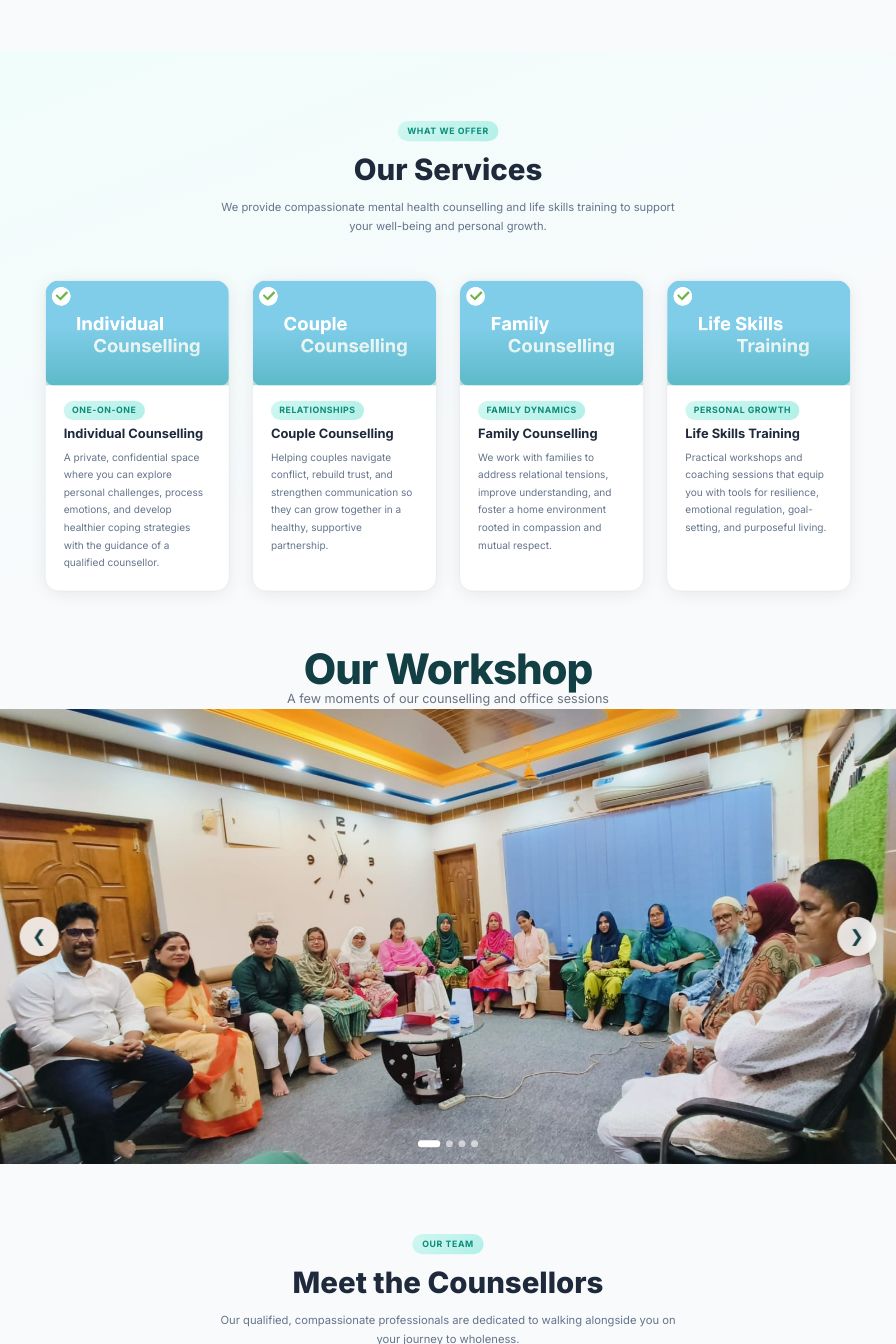
Repository: Tan47s/Lifelogo
Page: /
An editor plug-in stored every save of this project. The page is shown before and after the next save, followed by the edit.
The browser window is 1280 px wide. The pictures show the part of the page from y = 1287 to 3207 px (the page is 6296 px tall), at 70% of full size.
The project was rebuilt for these pictures with package versions that can differ from the ones it lists, and the page was loaded fresh each time. Also part of the build but not shown: vite.config.js.

Above is the page before, as saved 2026-08-24 11:35:54.

### index.html
<!doctype html>
<html lang="en">
  <head>
    <meta charset="UTF-8" />
    <link rel="icon" type="image/svg+xml" href="/favicon.svg" />
    <meta name="viewport" content="width=device-width, initial-scale=1.0" />
    <title>Life-Logo | Mental Health Counselling &amp; Life Skills</title>
    <meta name="description" content="Life-Logo Mental Health Support &amp; Life Skills Training Unit — professional counselling, resilience coaching, and compassionate support to help you find meaning, hope, and purpose." />
    <meta property="og:title" content="Life-Logo | Mental Health Counselling &amp; Life Skills" />
    <meta property="og:description" content="Professional counselling and life skills training to support your well-being and personal growth." />
    <meta property="og:type" content="website" />
  </head>
  <body>
    <div id="root"></div>
    <script type="module" src="/src/main.jsx"></script>
  </body>
</html>

### src/main.jsx
import { StrictMode } from 'react'
import { createRoot } from 'react-dom/client'

import { App } from './App.jsx'


createRoot(document.getElementById('root')).render(
  <StrictMode>
    <App />
  </StrictMode>,
)

### src/App.jsx
import React from 'react'
import { Header } from './comp/Header'
import { Herocon } from './comp/Herocon'
import { Contents2 } from './comp/Contents2'
import { Service2 } from './comp/Service2'
import { Counsellors } from './comp/Counsellors'
import { Contact } from './comp/Contact'
import { Footer } from './comp/Footer'
import Workshop from './comp/Workshop'
export const App = () => {
  return (
    <div>
      <Header/>
      <Herocon/>
      <Contents2/>
      <Service2/>
      <Workshop/>
      <Counsellors/>
      <Contact/>
      <Footer/>
    </div>
  )
}

### src/comp/Herocon.jsx
import './herocon.css'
import Hero from '../assets/hero3.jpg'
import bg from '../assets/workshop/bg.png'
const stats = [
  { value: '500+', label: 'Lives Impacted' },
  { value: '15+', label: 'Years Experience' },
  { value: '6',   label: 'Specialists' },
]

export const Herocon = () => {
  const scrollTo = (id) => {
    const el = document.getElementById(id)
    if (el) el.scrollIntoView({ behavior: 'smooth' })
  }

  return (
    <section
      id="home"
      className="hero-section"
      style={{ backgroundImage: `url(${bg})` }}
    >
      {/* layered overlay */}
      <div className="hero-overlay" />

      <div className="hero-content">
        {/* eyebrow badge */}
        <span className="hero-badge">Mental Health &amp; Life Skills</span>

        {/* quote */}
        <p className="hero-quote">
          &ldquo;Doctors Dress The Wound, God Heals It.&rdquo;
        </p>

        {/* headline */}
        <h1 className="hero-headline">
          Well-Being Requires<br />
          <span className="hero-headline-accent">a Safe Space to Heal</span>
        </h1>

        {/* sub-text */}
        <p className="hero-sub">
          Mental health is the foundation of a healthy life. Through compassion,
          professional support, and faith, we help you find hope, build
          resilience, and take meaningful steps toward lasting well-being.
        </p>

        {/* CTAs */}
        <div className="hero-ctas">
          <button
            id="hero-contact-btn"
            className="hero-btn hero-btn--primary"
            onClick={() => scrollTo('contact')}
          >
            Contact Us
          </button>
          <button
            id="hero-services-btn"
            className="hero-btn hero-btn--ghost"
            onClick={() => scrollTo('services')}
          >
            Our Services
          </button>
        </div>

        {/* Stats strip */}
        <div className="hero-stats">
          {stats.map((s, i) => (
            <div className="hero-stat" key={i}>
              <span className="hero-stat-value">{s.value}</span>
              <span className="hero-stat-label">{s.label}</span>
            </div>
          ))}
        </div>
      </div>
    </section>
  )
}

### src/comp/Service2.jsx
import React from 'react'
import ser1 from '../assets/ser1.png'
import ser2 from '../assets/ser2.png'
import ser3 from '../assets/ser3.png'
import ser4 from '../assets/ser4.png'
import './Service2.css'

const services = [
  {
    img: ser1,
    title: 'Individual Counselling',
    tag: 'One-on-One',
    desc: 'A private, confidential space where you can explore personal challenges, process emotions, and develop healthier coping strategies with the guidance of a qualified counsellor.',
  },
  {
    img: ser2,
    title: 'Couple Counselling',
    tag: 'Relationships',
    desc: 'Helping couples navigate conflict, rebuild trust, and strengthen communication so they can grow together in a healthy, supportive partnership.',
  },
  {
    img: ser3,
    title: 'Family Counselling',
    tag: 'Family Dynamics',
    desc: 'We work with families to address relational tensions, improve understanding, and foster a home environment rooted in compassion and mutual respect.',
  },
  {
    img: ser4,
    title: 'Life Skills Training',
    tag: 'Personal Growth',
    desc: 'Practical workshops and coaching sessions that equip you with tools for resilience, emotional regulation, goal-setting, and purposeful living.',
  },
]

export const Service2 = () => {
  return (
    <section id="services" className="services-section">
      {/* Section Header */}
      <div className="services-header">
        <span className="section-badge">What We Offer</span>
        <h2>Our Services</h2>
        <p className="services-subtitle">
          We provide compassionate mental health counselling and life skills
          training to support your well-being and personal growth.
        </p>
      </div>

      {/* Cards Grid */}
      <div className="services-grid">
        {services.map((s, i) => (
          <div className="service-card" key={i}>
            <div className="service-img-wrap">
              <img src={s.img} alt={s.title} className="service-img" />
              <div className="service-img-overlay" />
            </div>
            <div className="service-info">
              <span className="service-tag">{s.tag}</span>
              <h3>{s.title}</h3>
              <p>{s.desc}</p>
            </div>
          </div>
        ))}
      </div>
    </section>
  )
}

### src/comp/Footer.jsx
import React from 'react'
import './Footer.css'
import logo from '../assets/logo.png'

export const Footer = () => {
  const year = new Date().getFullYear()

  const scrollTo = (id) => {
    const el = document.getElementById(id)
    if (el) el.scrollIntoView({ behavior: 'smooth' })
  }

  return (
    <footer className="footer">
      <div className="footer-inner">

        {/* Brand Column */}
        <div className="footer-brand">
          <div className="footer-logo-row">
            <img src={logo} alt="Life-Logo" className="footer-logo" />
            <span className="footer-name">Life-Logo</span>
          </div>
          <p className="footer-tagline">
            Mental Health Support &amp; Life Skills Training Unit — helping
            people discover meaning, hope, and purpose.
          </p>
        </div>

        {/* Quick Links */}
        <div className="footer-col">
          <h4>Quick Links</h4>
          <ul>
            {[
              { label: 'Home',        id: 'home' },
              { label: 'Our Story',   id: 'story' },
              { label: 'Services',    id: 'services' },
              { label: 'Our Team',    id: 'team' },
              { label: 'Contact',     id: 'contact' },
            ].map((l) => (
              <li key={l.id}>
                <button onClick={() => scrollTo(l.id)} className="footer-link">
                  {l.label}
                </button>
              </li>
            ))}
          </ul>
        </div>

        {/* Contact Column */}
        <div className="footer-col">
          <h4>Contact</h4>
          <ul className="footer-contact-list">
            <li>
              <span className="fc-icon">📍</span>
              House-19, Road-14, Sector-13, Uttara, Dhaka-1230, Bangladesh.
            </li>
            <li>
              <span className="fc-icon">📞</span>
              <a href="tel:+8801616190907">+8801616190907</a>
            </li>
            <li>
              <span className="fc-icon">✉️</span>
              <a href="mailto:lifelogo111@gmail.com">lifelogo111@gmail.com</a>
            </li>
            <li>
              <span className="fc-icon">💬</span>
              <a href="https://wa.me/233244567890" target="_blank" rel="noopener noreferrer">
                WhatsApp Us
              </a>
            </li>
          </ul>
        </div>

      </div>

      {/* Bottom Bar */}
      <div className="footer-bottom">
        <p>&copy; {year} Life-Logo Mental Health &amp; Life Skills. All rights reserved.</p>
        <p className="footer-note">Built with compassion 💚</p>
      </div>
    </footer>
  )
}

### src/comp/Workshop.jsx
import { useState } from "react";
import w1 from "../assets/workshop/w1.jpeg";
import w2 from "../assets/workshop/w2.jpeg";
import w3 from "../assets/workshop/w3.jpeg";
import w4 from "../assets/workshop/w4.jpeg";
import w5 from "../assets/workshop/w5.jpeg";

const images = [w1, w2, w3,  w5];

export default function Workshop() {
  const [current, setCurrent] = useState(0);

  const nextSlide = () => {
    setCurrent((prev) => (prev + 1) % images.length);
  };

  const prevSlide = () => {
    setCurrent((prev) => (prev - 1 + images.length) % images.length);
  };

  return (
    <section className="w-full bg-[#F8FAFC] py-16 md:py-20">

      {/* Heading */}
      <div className="mb-10 w-full px-5 text-center">
        <h1 className="mx-auto w-full text-center text-4xl font-bold tracking-tight text-[#123f43] md:text-5xl lg:text-6xl">
          Our Workshop
        </h1>

        <p className="mx-auto mt-4 w-full text-center text-base text-gray-500 md:text-lg">
          A few moments of our counselling and office sessions
        </p>
      </div>

      {/* Carousel */}
      <div className="relative w-full overflow-hidden">

        {/* Image */}
        <div className="h-[350px] w-full sm:h-[450px] md:h-[550px] lg:h-[650px]">
          <img
            src={images[current]}
            alt={`Workshop session ${current + 1}`}
            className="h-full w-full object-cover"
          />
        </div>

        {/* Previous Button */}
        <button
          onClick={prevSlide}
          aria-label="Previous image"
          className="absolute left-4 top-1/2 flex h-11 w-11
                     -translate-y-1/2 items-center justify-center
                     rounded-full bg-white/85 text-2xl
                     text-[#123f43] shadow-lg backdrop-blur-sm
                     transition hover:scale-110 hover:bg-white
                     md:left-7 md:h-14 md:w-14"
        >
          &#10094;
        </button>

        {/* Next Button */}
        <button
          onClick={nextSlide}
          aria-label="Next image"
          className="absolute right-4 top-1/2 flex h-11 w-11
                     -translate-y-1/2 items-center justify-center
                     rounded-full bg-white/85 text-2xl
                     text-[#123f43] shadow-lg backdrop-blur-sm
                     transition hover:scale-110 hover:bg-white
                     md:right-7 md:h-14 md:w-14"
        >
          &#10095;
        </button>

        {/* Dots */}
        <div className="absolute bottom-6 left-1/2 flex -translate-x-1/2 gap-2">
          {images.map((_, index) => (
            <button
              key={index}
              onClick={() => setCurrent(index)}
              aria-label={`Go to slide ${index + 1}`}
              className={`h-2.5 rounded-full transition-all duration-300 ${
                current === index
                  ? "w-8 bg-white"
                  : "w-2.5 bg-white/60 hover:bg-white/90"
              }`}
            />
          ))}
        </div>
      </div>
    </section>
  );
}

### src/Index.css

@import url('https://fonts.googleapis.com/css2?family=Inter:wght@100..900&display=swap');

:root {
  /* Brand */
  --primary: #6de1fb;        /* Teal from header */
  --primary-light: #02ff78;


  /* Logo greens */
  --green: #22C55E;
  --green-light: #DCFCE7;

  /* Blue accent */
  --blue: #38BDF8;
  --blue-light: #E0F2FE;

  /* Backgrounds */
  --background: #F8FAFC;
  --surface: #FFFFFF;

  /* Text */
  --text: #1E293B;
  --text-muted: #64748B;

  /* Borders */
  --border: #E2E8F0;
}

* {
  margin: 0;
  padding: 0;
  box-sizing: border-box;
  font-family: "Inter", sans-serif;
}

h1{
    font-weight: 800;
}

p{
    font-weight: 400;
}

### src/comp/Contents2.css
/* ============================================================
   OUR STORY SECTION
   ============================================================ */

.story-section {
  padding: 100px 5% 80px;
  background: var(--background);   /* #F8FAFC — same as Counsellors */
}

/* ---- Two-column inner wrapper ---- */
.story-inner {
  display: grid;
  grid-template-columns: 1fr 1fr;
  gap: 72px;
  max-width: 1200px;
  margin: 0 auto;
  align-items: start;
}

/* ========== LEFT: text column ========== */
.story-text {
  display: flex;
  flex-direction: column;
  gap: 20px;
}

.story-text h2 {
  font-size: clamp(26px, 3.5vw, 40px);
  font-weight: 800;
  color: var(--text);
  line-height: 1.18;
  margin: 0;
}

.story-lead {
  font-size: 1.05rem;
  color: var(--text);
  font-weight: 500;
  line-height: 1.75;
  margin: 0;
}

.story-body {
  font-size: 0.95rem;
  color: var(--text-muted);
  line-height: 1.8;
  margin: 0;
}

/* ========== RIGHT: pillars column ========== */
.story-pillars {
  display: flex;
  flex-direction: column;
  gap: 20px;
}

/* ---- Single pillar card ---- */
.story-pillar {
  display: flex;
  align-items: flex-start;
  gap: 18px;
  background: var(--surface);
  border: 1px solid var(--border);
  border-radius: 18px;
  padding: 24px 22px;
  box-shadow: 0 2px 16px rgba(0, 0, 0, 0.05);
  transition: transform 0.25s ease, box-shadow 0.25s ease;
}

.story-pillar:hover {
  transform: translateY(-4px);
  box-shadow: 0 8px 32px rgba(109, 225, 251, 0.18);
}

/* ---- Icon bubble ---- */
.pillar-icon {
  flex-shrink: 0;
  width: 48px;
  height: 48px;
  border-radius: 14px;
  background: linear-gradient(135deg, #d0f7f1, #b2f0e8);
  display: flex;
  align-items: center;
  justify-content: center;
  color: #0d8c7a;
}

.pillar-icon svg {
  width: 22px;
  height: 22px;
}

/* ---- Pillar text ---- */
.pillar-body {
  display: flex;
  flex-direction: column;
  gap: 5px;
}

.pillar-body h4 {
  font-size: 1rem;
  font-weight: 700;
  color: var(--text);
  margin: 0;
}

.pillar-body p {
  font-size: 0.88rem;
  color: var(--text-muted);
  line-height: 1.65;
  margin: 0;
}

/* ---- Responsive ---- */
@media (max-width: 860px) {
  .story-inner {
    grid-template-columns: 1fr;
    gap: 48px;
  }
}

@media (max-width: 640px) {
  .story-section {
    padding: 70px 5% 60px;
  }
}

### src/comp/Service2.css
/* ============================================================
   SERVICES SECTION  —  mirrors Counsellors card style
   ============================================================ */

.services-section {
  padding: 100px 5% 80px;
  background: linear-gradient(160deg, #f0fdfb 0%, #f8fafc 60%);
}

/* --- Header --- */
.services-header {
  text-align: center;
  max-width: 660px;
  margin: 0 auto 64px;
}

.services-header h2 {
  font-size: clamp(28px, 4vw, 42px);
  font-weight: 800;
  color: var(--text);
  margin-bottom: 16px;
  line-height: 1.15;
}

.services-subtitle {
  font-size: 1rem;
  color: var(--text-muted);
  line-height: 1.7;
}

/* --- Grid --- */
.services-grid {
  display: grid;
  grid-template-columns: repeat(auto-fit, minmax(260px, 1fr));
  gap: 32px;
  max-width: 1200px;
  margin: 0 auto;
}

/* --- Card --- */
.service-card {
  background: var(--surface);
  border-radius: 20px;
  overflow: hidden;
  box-shadow: 0 4px 24px rgba(0, 0, 0, 0.07);
  border: 1px solid var(--border);
  transition: transform 0.3s ease, box-shadow 0.3s ease;
}

.service-card:hover {
  transform: translateY(-8px);
  box-shadow: 0 12px 40px rgba(109, 225, 251, 0.25);
}

/* --- Image wrapper --- */
.service-img-wrap {
  position: relative;
  width: 100%;
  height: 150px;
  overflow: hidden;
}

.service-img {
  width: 100%;
  height: 100%;
  object-fit: cover;
  object-position: center;
  transition: transform 0.4s ease;
}

.service-card:hover .service-img {
  transform: scale(1.05);
}

.service-img-overlay {
  position: absolute;
  inset: 0;
  background: linear-gradient(to top, rgba(13, 140, 122, 0.3) 0%, transparent 55%);
  pointer-events: none;
}

/* --- Info block --- */
.service-info {
  padding: 22px 26px 28px;
  display: flex;
  flex-direction: column;
  gap: 8px;
}

.service-tag {
  display: inline-block;
  background: linear-gradient(135deg, #d0f7f1, #b2f0e8);
  color: #0d8c7a;
  font-size: 0.78rem;
  font-weight: 700;
  letter-spacing: 0.06em;
  text-transform: uppercase;
  padding: 4px 12px;
  border-radius: 999px;
  align-self: flex-start;
}

.service-info h3 {
  font-size: 1.15rem;
  font-weight: 700;
  color: var(--text);
  margin: 0;
  line-height: 1.3;
}

.service-info p {
  font-size: 0.9rem;
  color: var(--text-muted);
  line-height: 1.75;
  margin: 0;
}

/* --- Responsive --- */
@media (max-width: 640px) {
  .services-section {
    padding: 70px 5% 60px;
  }

  .services-grid {
    grid-template-columns: 1fr;
  }
}

### src/comp/Footer.css
/* ============================================================
   FOOTER
   ============================================================ */

.footer {
  background: linear-gradient(135deg, #0f2027, #203a43, #2c5364);
  color: rgba(255, 255, 255, 0.85);
  padding-top: 64px;
}

.footer-inner {
  max-width: 1100px;
  margin: 0 auto;
  padding: 0 5% 48px;
  display: grid;
  grid-template-columns: 1.6fr 1fr 1.2fr;
  gap: 48px;
}

/* --- Brand Column --- */
.footer-brand {}

.footer-logo-row {
  display: flex;
  align-items: center;
  gap: 12px;
  margin-bottom: 16px;
}

.footer-logo {
  width: 44px;
  height: 44px;
  object-fit: contain;
  border-radius: 10px;
  background: white;
  padding: 3px;
}

.footer-name {
  font-size: 1.3rem;
  font-weight: 800;
  color: var(--primary);
  letter-spacing: -0.02em;
}

.footer-tagline {
  font-size: 0.9rem;
  line-height: 1.7;
  color: rgba(255, 255, 255, 0.6);
  max-width: 300px;
}

/* --- Columns --- */
.footer-col h4 {
  font-size: 0.8rem;
  font-weight: 700;
  letter-spacing: 0.1em;
  text-transform: uppercase;
  color: var(--primary);
  margin-bottom: 18px;
}

.footer-col ul {
  list-style: none;
  padding: 0;
  margin: 0;
  display: flex;
  flex-direction: column;
  gap: 10px;
}

/* Quick links */
.footer-link {
  background: none;
  border: none;
  padding: 0;
  cursor: pointer;
  font-size: 0.9rem;
  color: rgba(255, 255, 255, 0.7);
  text-align: left;
  transition: color 0.2s ease;
  font-family: inherit;
}

.footer-link:hover {
  color: var(--primary);
}

/* Contact list */
.footer-contact-list li {
  display: flex;
  align-items: flex-start;
  gap: 10px;
  font-size: 0.88rem;
  color: rgba(255, 255, 255, 0.7);
  line-height: 1.55;
}

.footer-contact-list a {
  color: rgba(255, 255, 255, 0.7);
  text-decoration: none;
  transition: color 0.2s ease;
}

.footer-contact-list a:hover {
  color: var(--primary);
}

.fc-icon {
  flex-shrink: 0;
  font-size: 1rem;
  margin-top: 1px;
}

/* --- Bottom Bar --- */
.footer-bottom {
  border-top: 1px solid rgba(255, 255, 255, 0.1);
  padding: 20px 5%;
  display: flex;
  align-items: center;
  justify-content: space-between;
  max-width: 100%;
}

.footer-bottom p {
  font-size: 0.82rem;
  color: rgba(255, 255, 255, 0.45);
  margin: 0;
}

.footer-note {
  font-size: 0.82rem;
  color: rgba(255, 255, 255, 0.45);
}

/* --- Responsive --- */
@media (max-width: 860px) {
  .footer-inner {
    grid-template-columns: 1fr 1fr;
  }
  .footer-brand {
    grid-column: span 2;
  }
}

@media (max-width: 540px) {
  .footer-inner {
    grid-template-columns: 1fr;
  }
  .footer-brand {
    grid-column: span 1;
  }
  .footer-bottom {
    flex-direction: column;
    gap: 6px;
    text-align: center;
  }
}

Loaded but not shown: src/comp/Contact.jsx (114 lines, source omitted); src/comp/Counsellors.jsx (101 lines, source omitted); src/App.css (221 lines, source omitted); src/comp/herocon.css (189 lines, source omitted); src/comp/Contact.css (202 lines, source omitted); src/comp/Header.jsx (102 lines, source omitted); src/comp/Contents2.jsx (74 lines, source omitted); src/comp/Counsellors.css (141 lines, source omitted)

After the next save:
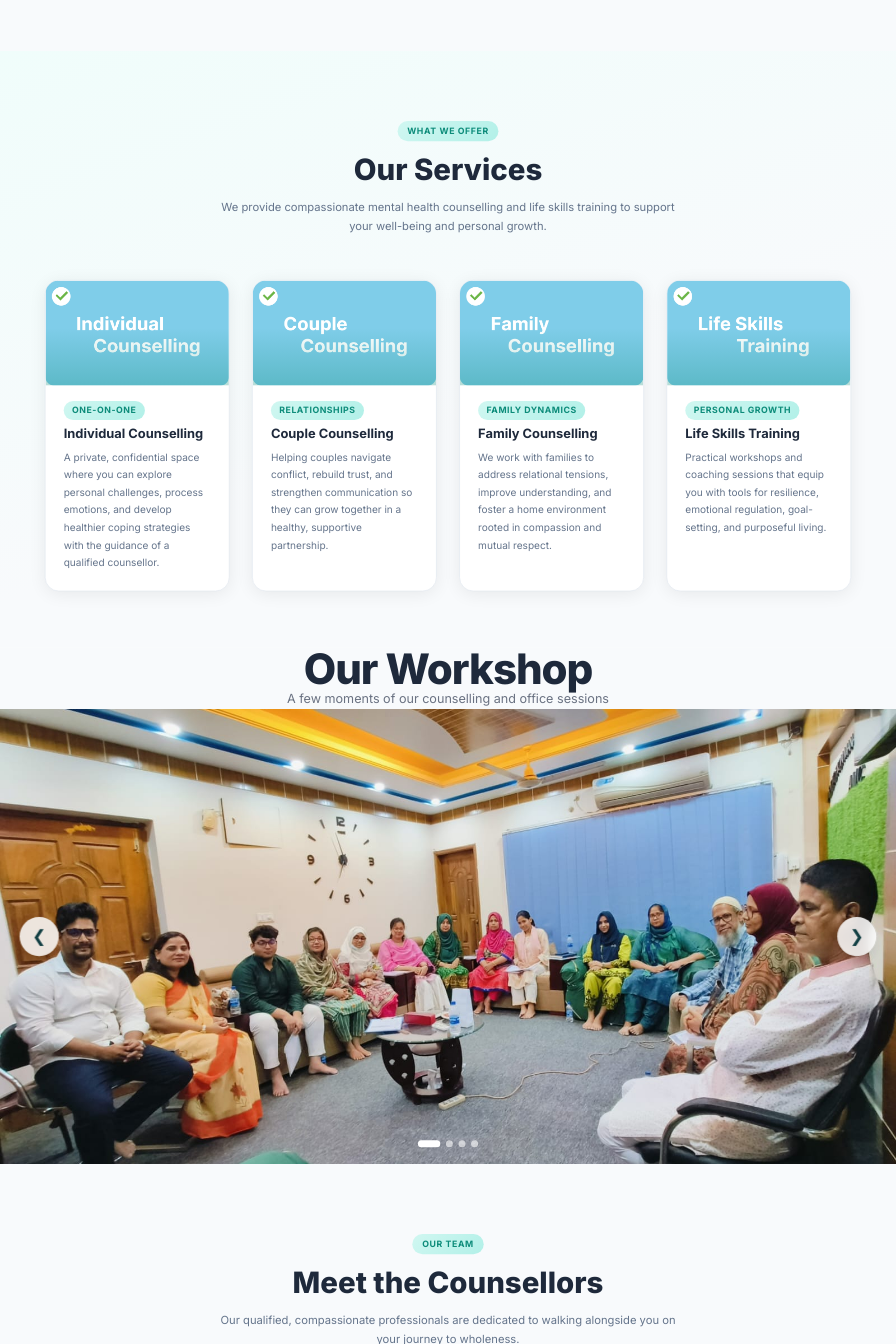
Saved 97 s later.
--- a/src/comp/Workshop.jsx
+++ b/src/comp/Workshop.jsx
@@ -23,7 +23,7 @@ export default function Workshop() {
 
       {/* Heading */}
       <div className="mb-10 w-full px-5 text-center">
-        <h1 className="mx-auto w-full text-center text-4xl font-bold tracking-tight text-[#123f43] md:text-5xl lg:text-6xl">
+        <h1 className="mx-auto w-full text-center text-4xl font-bold tracking-tight text-[#1E293B] md:text-5xl lg:text-6xl">
           Our Workshop
         </h1>
 
